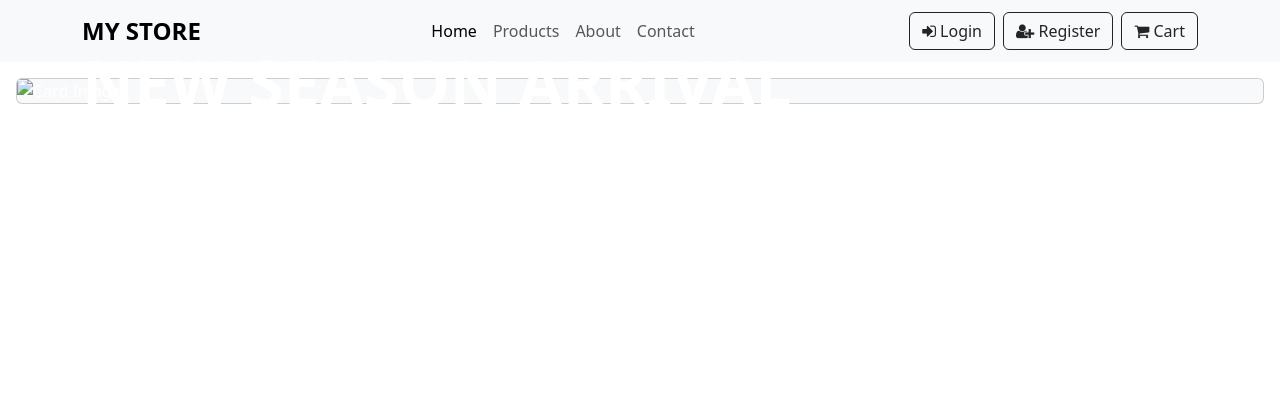
Repository: asad3407886839/E-commerce-Store
Page: / (app in vite-project/)
These files come from the project's save history. The page is drawn as it stood at one moment and after the next save; the edit follows.
The browser window is 1280 px wide. The pictures show the whole page.
The page's requests for data from a server got no answer. The project was rebuilt for these pictures with package versions that can differ from the ones it lists, and the page was loaded fresh each time. No one was signed in, and anything a server would have sent is missing. Also part of the build but not shown: vite-project/vite.config.js, vite-project/src/components/Product.jsx, vite-project/src/index.css.

Above is the page before, as saved 2024-06-30 00:54:59.

### vite-project/src/main.jsx
import React from 'react';
import ReactDOM from 'react-dom/client';
import App from './App.jsx';
import './index.css';
import 'bootstrap/dist/css/bootstrap.min.css';
import 'bootstrap/dist/js/bootstrap.bundle';
import 'font-awesome/css/font-awesome.min.css';


ReactDOM.createRoot(document.getElementById('root')).render(

    <App />

);

### vite-project/src/App.jsx
// App.js
import React from 'react';
import Navbar from './components/Navbar';
import Home from './components/Home';
import Products from './components/Products';
import Product from './components/Product';
import { BrowserRouter, Routes, Route } from 'react-router-dom';

const App = () => {
  return (
    <div>
      <BrowserRouter>
        <Navbar />
        <Routes>
          <Route path="/" element={<Home />} />
          <Route path="/products" element={<Products />} />
          <Route path="/products/:id" element={<Product />} />
        </Routes>
      </BrowserRouter>
    </div>
  );
};

export default App;

### vite-project/src/components/Navbar.jsx
import React from 'react';
import { NavLink } from 'react-router-dom';

const Navbar = () => {
  return (
    <div>
      <nav className="navbar navbar-expand-lg navbar-light bg-light">
        <div className="container">
          <NavLink className="navbar-brand fw-bold fs-4" to="/">MY STORE</NavLink>
          <button
            className="navbar-toggler"
            type="button"
            data-bs-toggle="collapse"
            data-bs-target="#navbarSupportedContent"
            aria-controls="navbarSupportedContent"
            aria-expanded="false"
            aria-label="Toggle navigation"
          >
            <span className="navbar-toggler-icon"></span>
          </button>
          <div className="collapse navbar-collapse" id="navbarSupportedContent">
            <ul className="navbar-nav mx-auto mb-2 mb-lg-0">
              <li className="nav-item">
                <NavLink className="nav-link" exact to="/">Home</NavLink>
              </li>
              <li className="nav-item">
                <NavLink className="nav-link" to="/products">Products</NavLink>
              </li>
              <li className="nav-item">
                <NavLink className="nav-link" to="/about">About</NavLink>
              </li>
              <li className="nav-item">
                <NavLink className="nav-link" to="/contact">Contact</NavLink>
              </li>
            </ul>
            <div className="buttons">
              <NavLink to="/login" className="btn btn-outline-dark">
                <i className="fa fa-sign-in"></i> Login
              </NavLink>
              <NavLink to="/register" className="btn btn-outline-dark ms-2">
                <i className="fa fa-user-plus"></i> Register
              </NavLink>
              <NavLink to="/cart" className="btn btn-outline-dark ms-2">
                <i className="fa fa-shopping-cart"></i> Cart
              </NavLink>
            </div>
          </div>
        </div>
      </nav>
    </div>
  );
};

export default Navbar;

### vite-project/src/components/Home.jsx
import React from 'react';
import Products from './Products';
const Home = () => {
  return (
    <div className="hero">
       <div className="card text-white bg-light position-relative m-3 bg-danger" >
       <img
          src="https://avatars.mds.yandex.net/i?id=39f40d791f1f7c86e921481b05da4f674ca95710-12803937-images-thumbs&n=13"
          className="card-img"
          alt="Card Image"
          style={{ maxHeight: '750px', width: 'auto' }}
        />
        <div className="card-img-overlay d-flex align-items-center justify-content-start">
          <div className="container text-start">
            <h5 className="card-title display-3 fw-bold mb-0 text-white">NEW SEASON ARRIVAL</h5>
            <p className="card-text text-uppercase text-white">Check Out All Trends</p>
          </div>
        </div>
      </div>
    </div>
  );
};

export default Home;

### vite-project/src/components/Products.jsx
import React, { useState, useEffect } from 'react';
import { Link } from 'react-router-dom';

const Products = () => {
  const [data, setData] = useState([]);
  const [filter, setFilter] = useState([]);
  const [loading, setLoading] = useState(false);
  let componentMounted = true;

  useEffect(() => {
    const fetchProducts = async () => {
      setLoading(true);
      try {
        const response = await fetch('https://fakestoreapi.com/products');
        const result = await response.json();
        if (componentMounted) {
          setData(result);
          setFilter(result);
          setLoading(false);
        }
      } catch (error) {
        console.error("Error fetching data:", error);
        setLoading(false);
      }
    };

    fetchProducts();

    return () => {
      componentMounted = false;
    };
  }, []);

  if (loading) {
    return <div>Loading...</div>;
  }

  const showProducts = () => {
    return (
      <>
        <div className="buttons d-flex justify-content-center mb-5 pb-5">
          <button className="btn btn-outline-dark me-2" onClick={() => setFilter(data)}>All</button>
          <button className="btn btn-outline-dark me-2" onClick={() => setFilter(data.filter(product => product.category === 'men\'s clothing'))}>Men's Clothing</button>
          <button className="btn btn-outline-dark me-2" onClick={() => setFilter(data.filter(product => product.category === 'women\'s clothing'))}>Women's Clothing</button>
          <button className="btn btn-outline-dark me-2" onClick={() => setFilter(data.filter(product => product.category === 'jewelery'))}>Jewelery</button>
          <button className="btn btn-outline-dark me-2" onClick={() => setFilter(data.filter(product => product.category === 'electronics'))}>Electronics</button>
        </div>
        <div className="row">
          {filter.map((product) => (
            <div className="col-md-3 mb-4" key={product.id}>
              <div className="card h-100 text-center p-3 fw-bolder">
                <img
                  src={product.image}
                  className="card-img-top"
                  alt={product.title}
                  height="250px"
                />
                <div className="card-body">
                  <h5 className="card-title">{product.title}</h5>
                  <p className="card-text">${product.price}</p>
                  <Link to={`/products/${product.id}`} className="btn btn-outline-dark ms-2">
                    Buy Now
                  </Link>
                </div>
              </div>
            </div>
          ))}
        </div>
      </>
    );
  };

  return (
    <div className="container my-5 py-5">
      <div className="row">
        <div className="col-12 mb-5">
          <h1 className="display-6 fw-bolder text-center">Latest Products</h1>
          <hr />
        </div>
      </div>
      <div className="row justify-content-center">
        {showProducts()}
      </div>
    </div>
  );
};

export default Products;

Loaded but not shown: vite-project/index.html (common file)

After the next save:
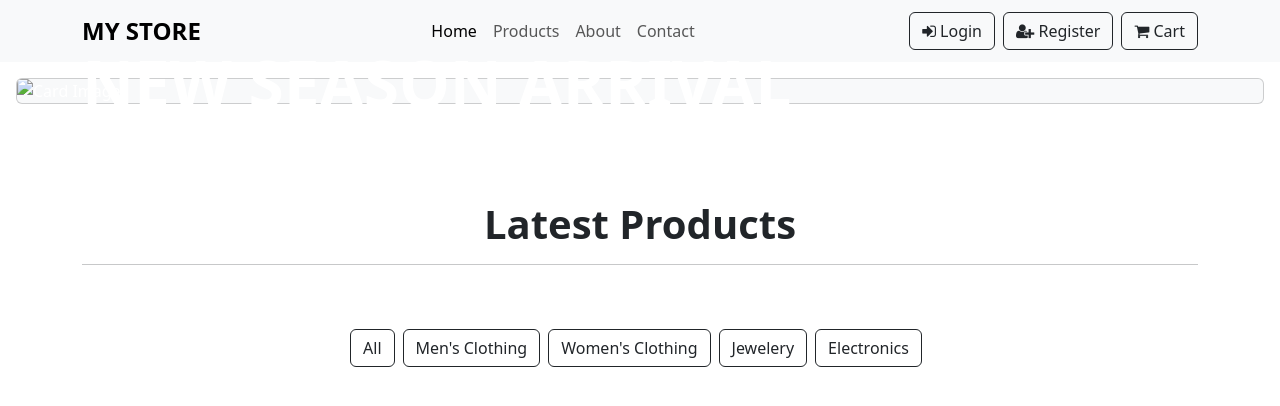
Saved 55 s later.
--- a/vite-project/src/components/Home.jsx
+++ b/vite-project/src/components/Home.jsx
@@ -16,7 +16,9 @@ const Home = () => {
             <p className="card-text text-uppercase text-white">Check Out All Trends</p>
           </div>
         </div>
+
       </div>
+    <Products/>
     </div>
   );
 };
